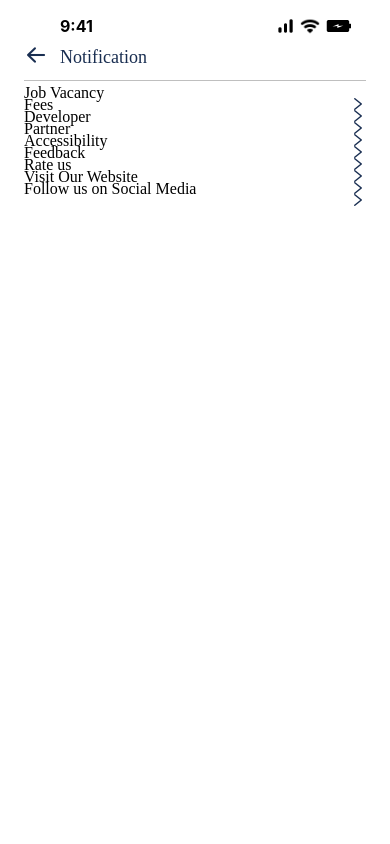
Repository: tnmod/Erabook
Screen: / (app in app/)
An editor plug-in stored every save of this project. The screen is shown before and after a run of saves, followed by the edit.
The app was drawn by React Native's web renderer in a window 390 px wide. The project was rebuilt for these pictures with package versions that can differ from the ones it lists, and the page was loaded fresh each time. Imported but missing from the stored project, and not drawn on this page: app/src/redux/features/CounterAPI.

Above is the screen before, as saved 2023-05-25 15:03:58.

After the next 2 saves:
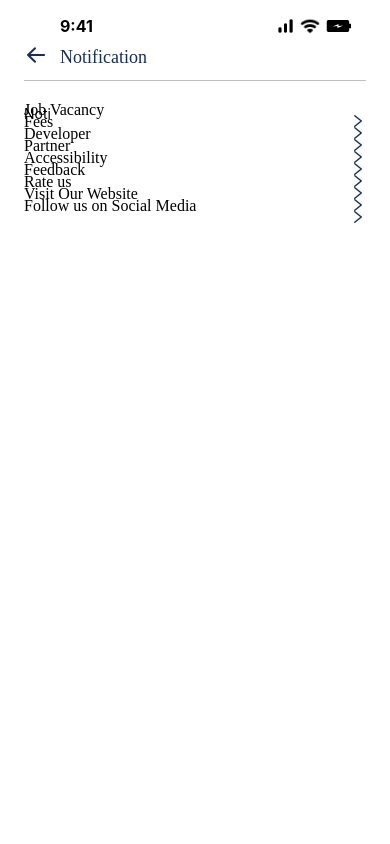
The 2 saves are shown as one change because they came seconds apart.
The last was saved 6 s later.
--- a/app/src/screens/Notification/Notification.tsx
+++ b/app/src/screens/Notification/Notification.tsx
@@ -16,7 +16,7 @@ const Book: React.FC = () => {
         <View style={{ width: "100%", height: 0.5, backgroundColor: 'grey', opacity: 0.5, marginVertical: 12 }}></View>
         <View style={[{ marginTop: 12 }]}>
             <View>
-                <Text></Text>
+                <Text>Noti</Text>
             </View>
           <TouchableOpacity style={[styles.container1]}>
             <Text style={[styles.text3]}>Job Vacancy</Text>
